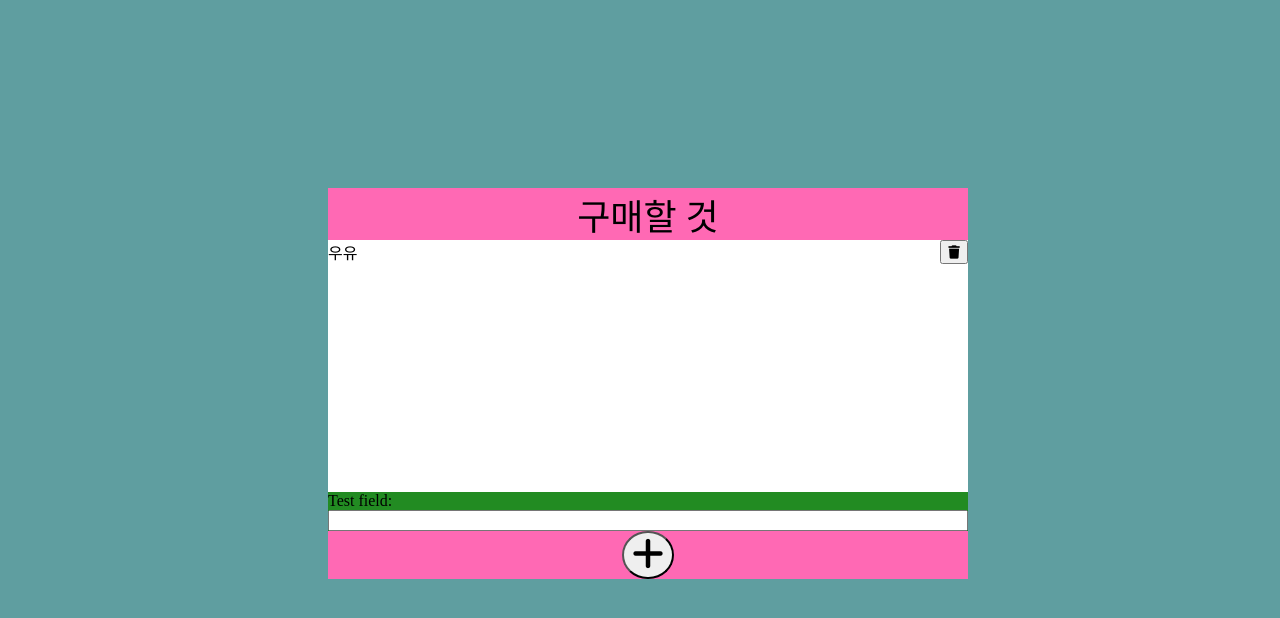
Repository: GoodHoneyCake/Dream_Coding_Academy5
Page: shopping_list/index.html
These files come from the project's save history. The page is drawn as it stood at one moment and after the next save; the edit follows.
The browser window is 1280 px wide. The pictures show the whole page.
Some web libraries are served in a nearby version.

Above is the page before, as saved 2021-01-29 17:28:26.
Console error: TypeError: Cannot read properties of null (reading 'addEventListener')

After the next save:
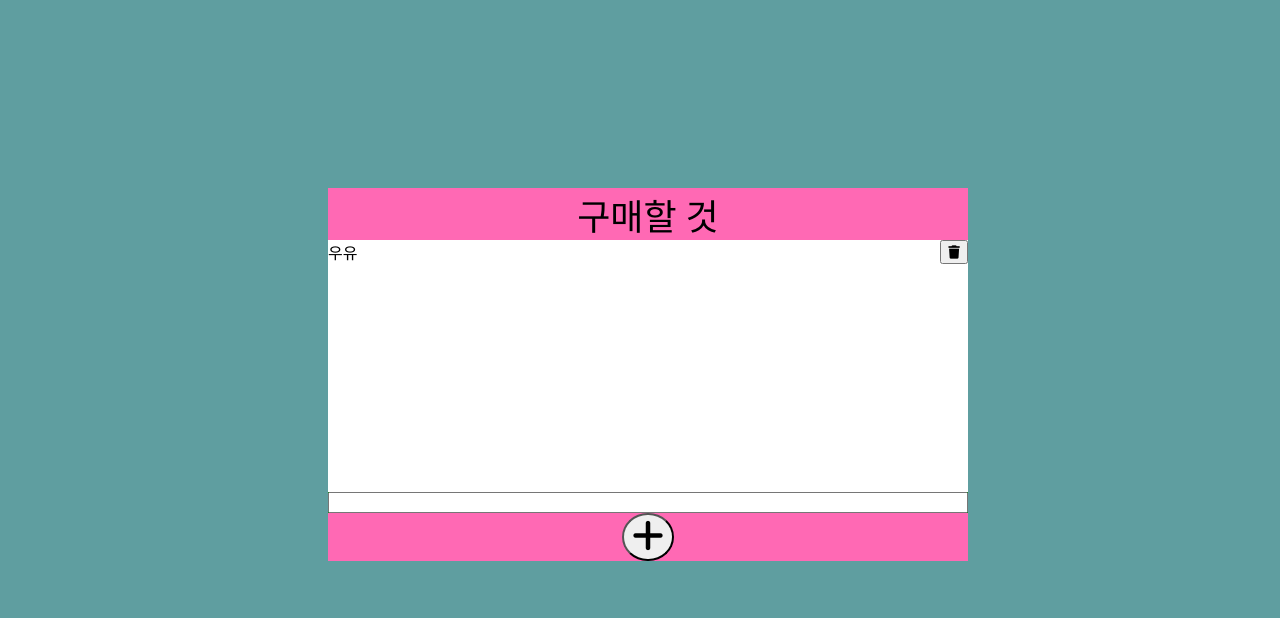
Saved 20 s later.
--- a/shopping_list/index.html
+++ b/shopping_list/index.html
@@ -25,7 +25,7 @@
         </li>
       </ul>
       <form id="form">
-        <label>Test field: <input type="text"></label>
+        <input type="text">
       <footer class="footer">
         <button class="footer__btn">
           <i class="fas fa-plus"></i>
